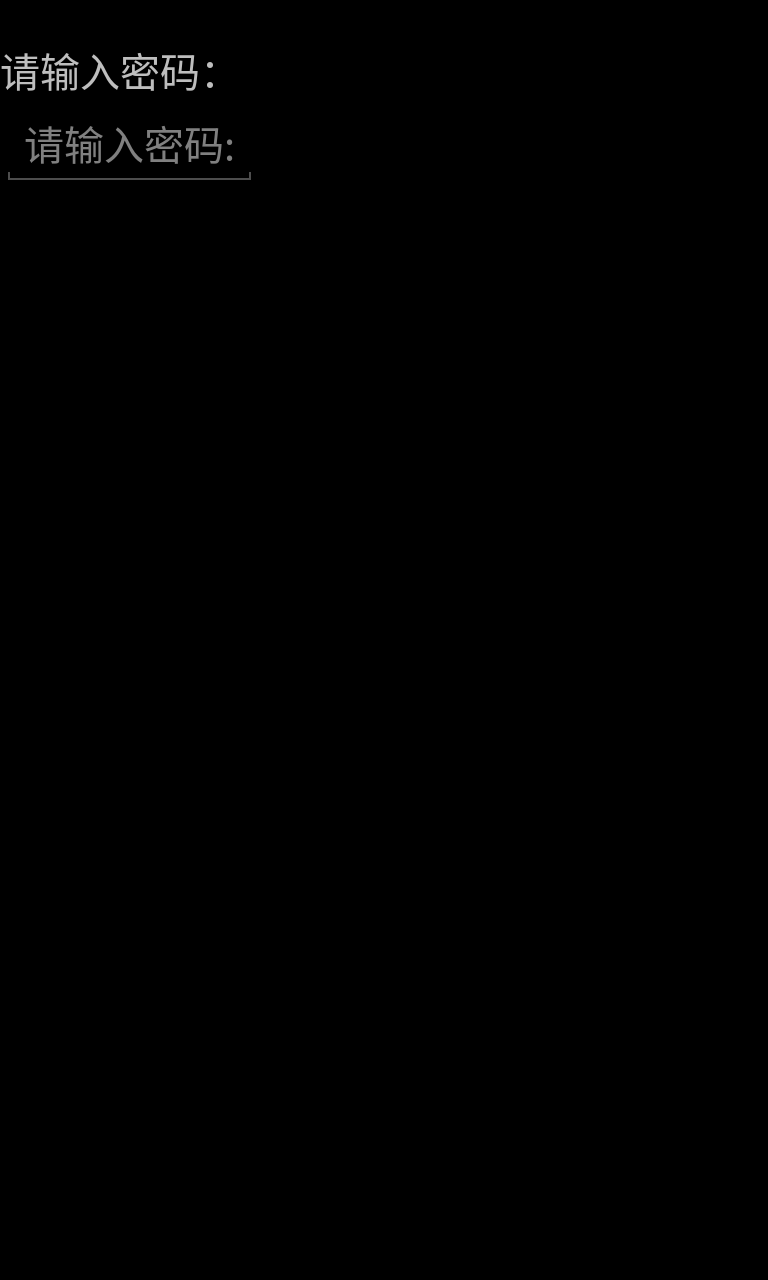
Repository: GuangmingChan/DevelopAndroidApp
Layout: demoRelativeLayout3/res/layout/main.xml
An editor plug-in stored every save of this project. The layout is shown before and after the next save, followed by the edit.
It is drawn on a 768 x 1280 px phone screen (xhdpi) without system bars, with theme android:Theme.Holo; the app's code is not run.

Above is the layout before, as saved 2017-03-28 01:20:23.

After the next save:
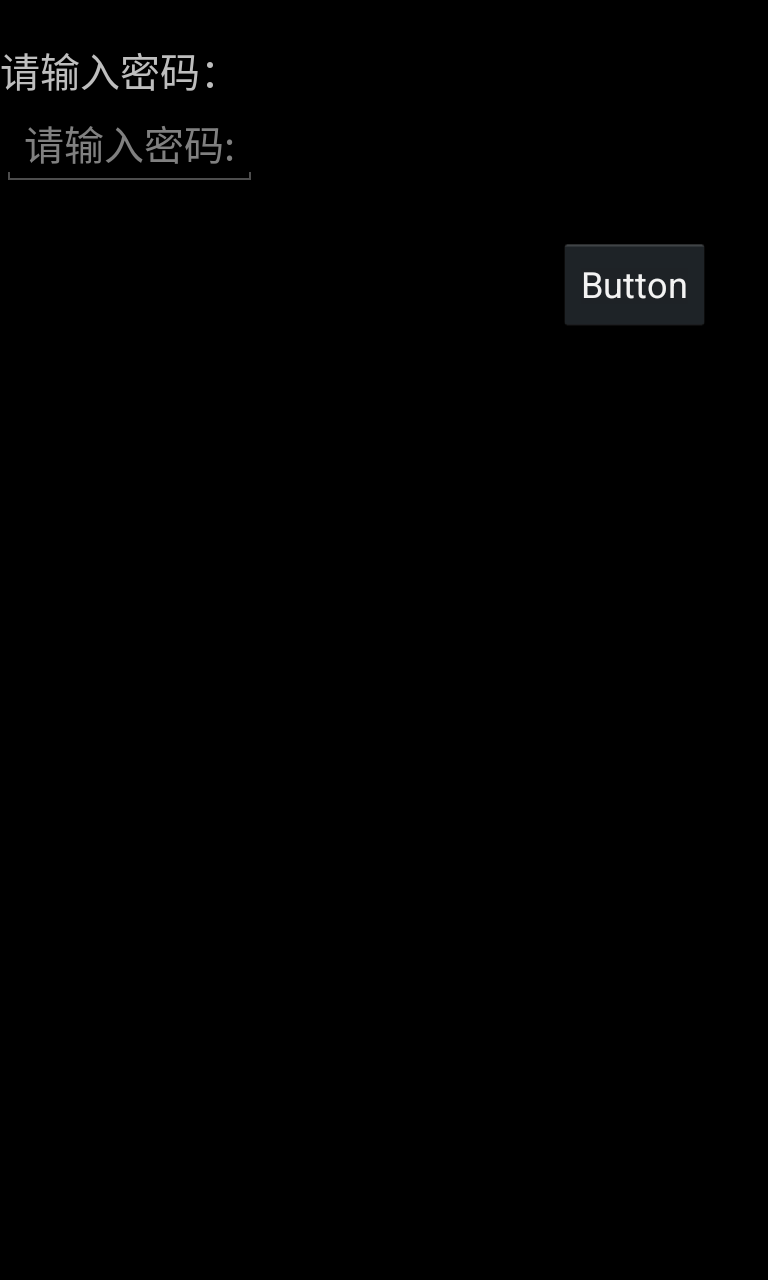
Saved 20 s later.
--- a/demoRelativeLayout3/res/layout/main.xml
+++ b/demoRelativeLayout3/res/layout/main.xml
@@ -23,6 +23,14 @@
         android:layout_below="@+id/textView1"
         />
 
-
+    <Button
+        android:id="@+id/button1"
+        android:layout_width="wrap_content"
+        android:layout_height="wrap_content"
+        android:layout_alignParentRight="true"
+        android:layout_below="@+id/etPassword"
+        android:layout_marginRight="28dp"
+        android:layout_marginTop="24dp"
+        android:text="Button" />
 
 </RelativeLayout>
